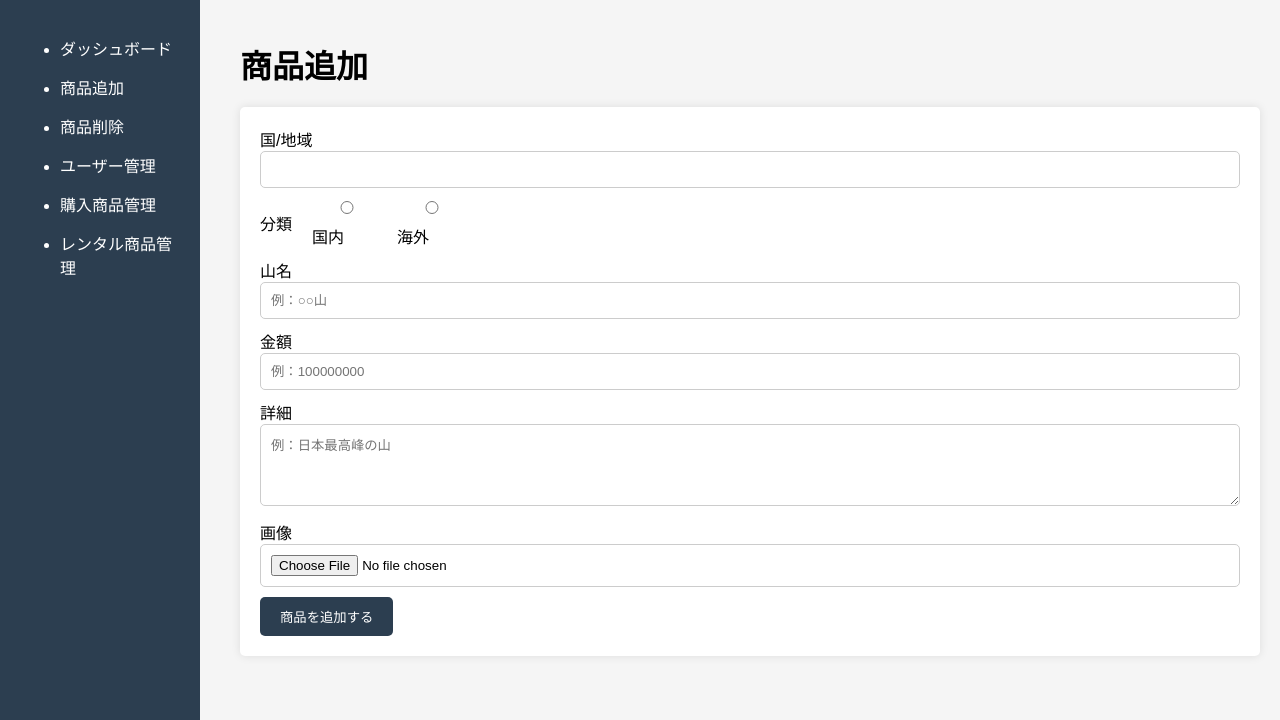
Repository: magome112/Oasis2024920
Page: http://localhost/_12_kanri.shohin.php
These files come from the project's save history. The page is drawn as it stood at one moment and after the next save; the edit follows.
The browser window is 1280 px wide. The pictures show the whole page.
The page is run by PHP 8.4 with error messages shown; the project is at /var/www/html/.

Above is the page before, as saved 2024-12-06 12:29:26.

After the next save:
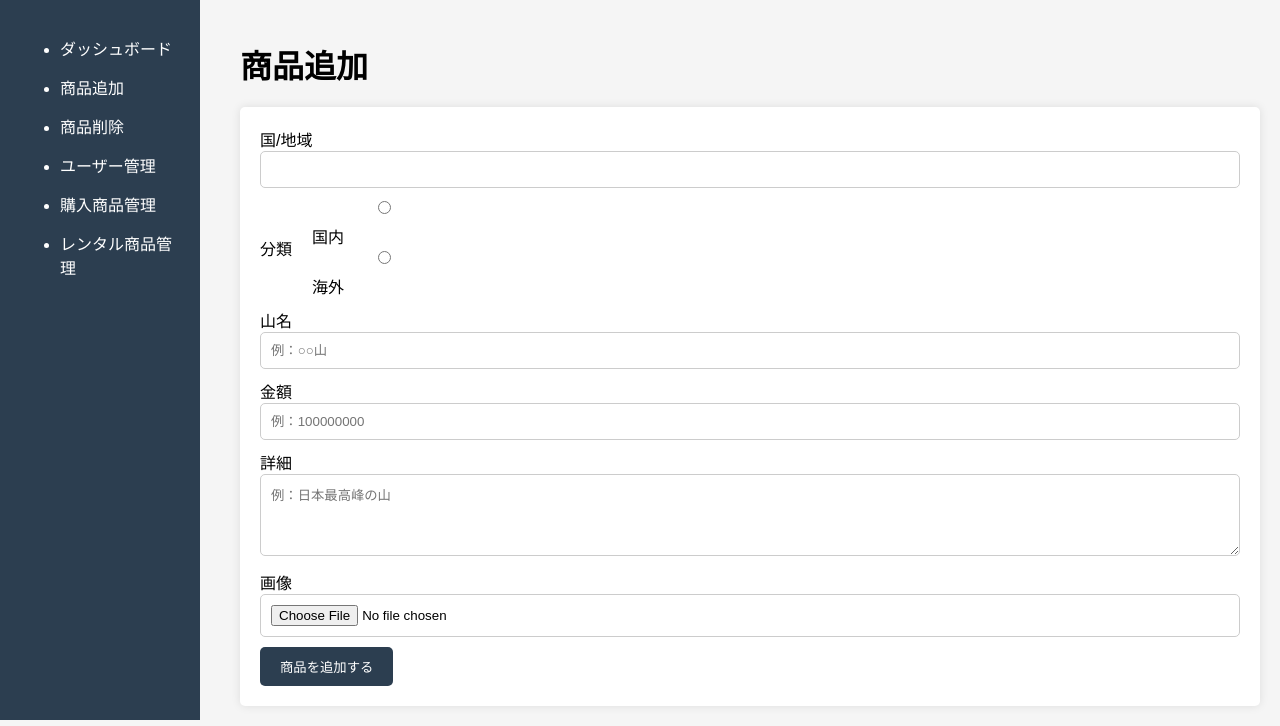
Saved 3 min 52 s later.
--- a/_12_kanri.shohin.php
+++ b/_12_kanri.shohin.php
@@ -177,8 +177,10 @@ if ($_SERVER['REQUEST_METHOD'] === 'POST') {
 
         <div class="radio-group">
             <label>分類</label>
-            <span><input type="radio" name="Region" value="0" id="domestic" required><label for="domestic">国内</label></span>
-            <span><input type="radio" name="Region" value="1" id="overseas"><label for="overseas">海外</label></span>
+            <span>
+                <input type="radio" name="Region" value="0" id="domestic" required><label for="domestic">国内</label>
+                <input type="radio" name="Region" value="1" id="overseas"><label for="overseas">海外</label>
+            </span>
         </div>
 
         <label for="yama_name">山名</label>
